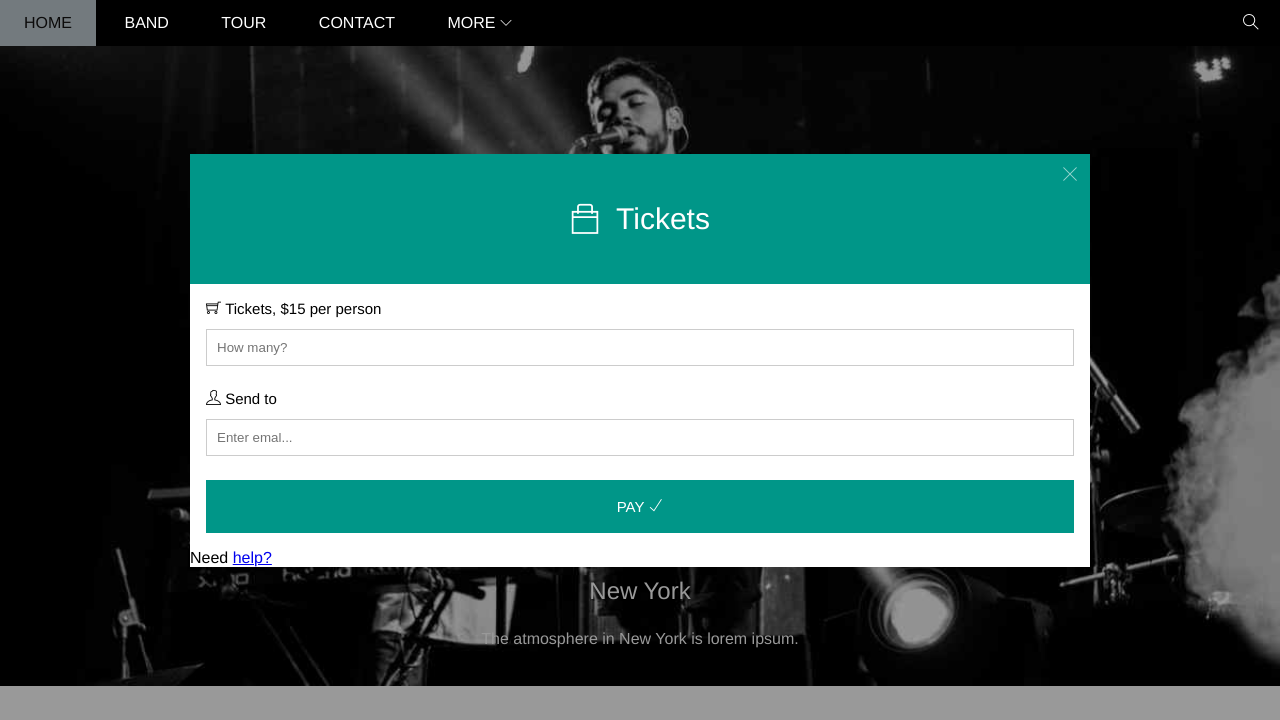
Repository: anhviet-key/hello-cac-ban
Page: HTMS_CSS ZERO 0/index.html
An editor plug-in stored every save of this project. The page is shown before and after a run of saves, followed by the edit.
The browser window is 1280 px wide. The pictures show the window.
A layer covers the whole window, so only the first screen is drawn.

Above is the page before, as saved 2021-10-07 22:38:13.

After the next 5 saves:
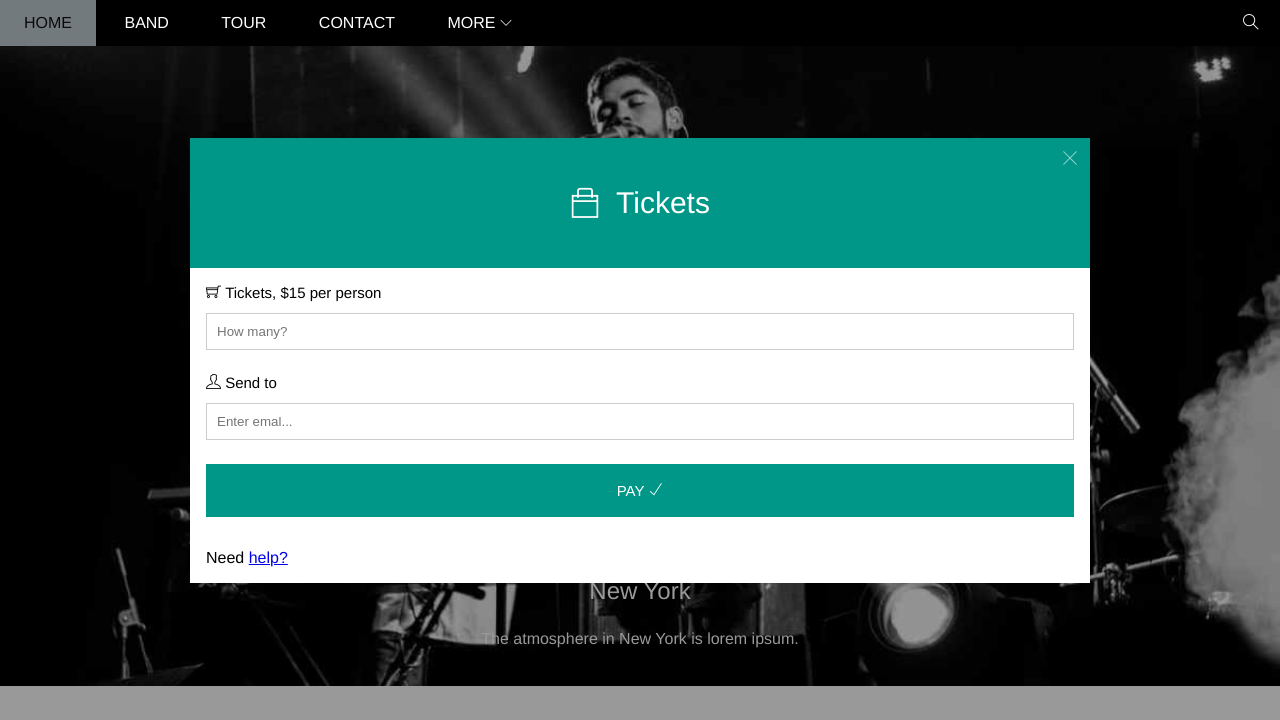
The 5 saves are shown as one change because they came seconds apart.
The last was saved 15 s later.
--- a/HTMS_CSS ZERO 0/assets/css/style.css
+++ b/HTMS_CSS ZERO 0/assets/css/style.css
@@ -343,6 +343,9 @@
     opacity: 0.9;
 }
 
-.model-footer {}
+.model-footer {
+    padding: 16px;
+;
+}
 
 # #footer
